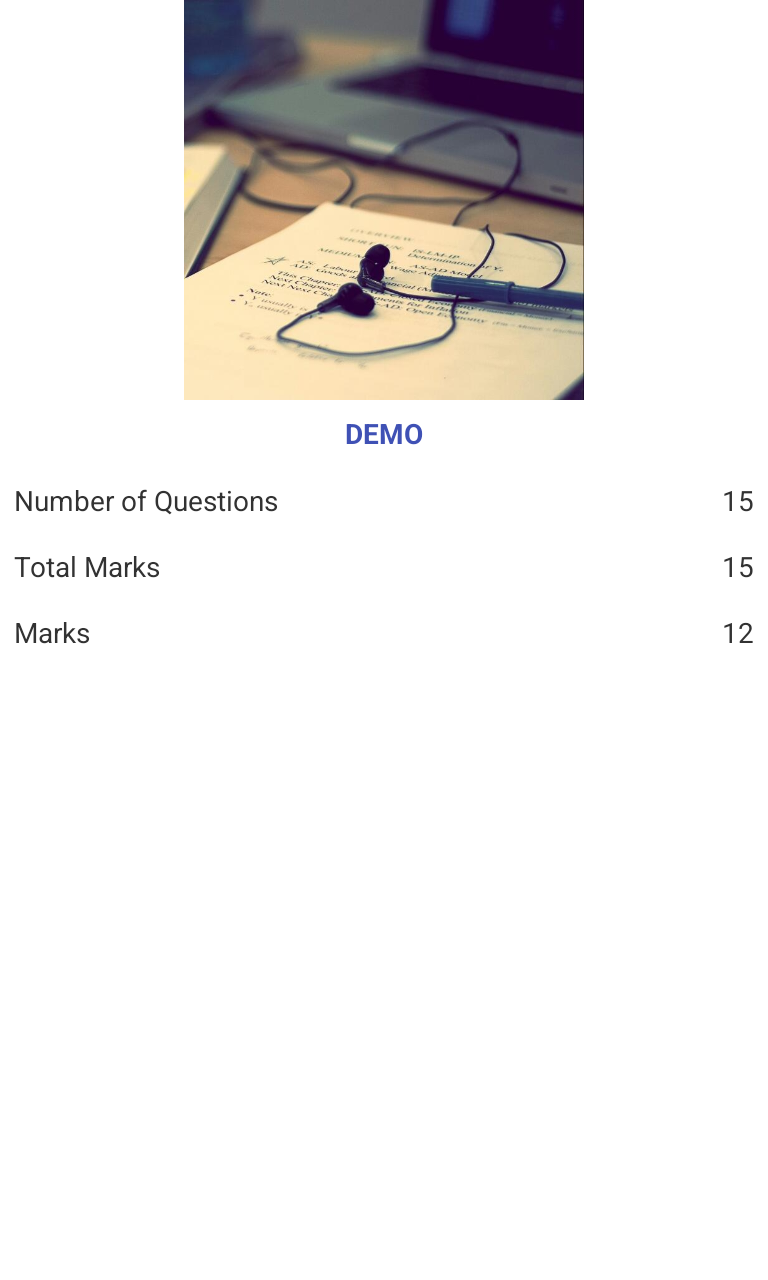
Repository: Harshil737/Career-Launcher
Layout: CareerLauncher/res/layout/item_start_quiz.xml
An editor plug-in stored every save of this project. The layout is shown before and after the next save, followed by the edit.
It is drawn on a 768 x 1280 px phone screen (xhdpi) without system bars, with theme AppTheme; the app's code is not run.

Above is the layout before, as saved 2017-11-04 12:36:04.

After the next save:
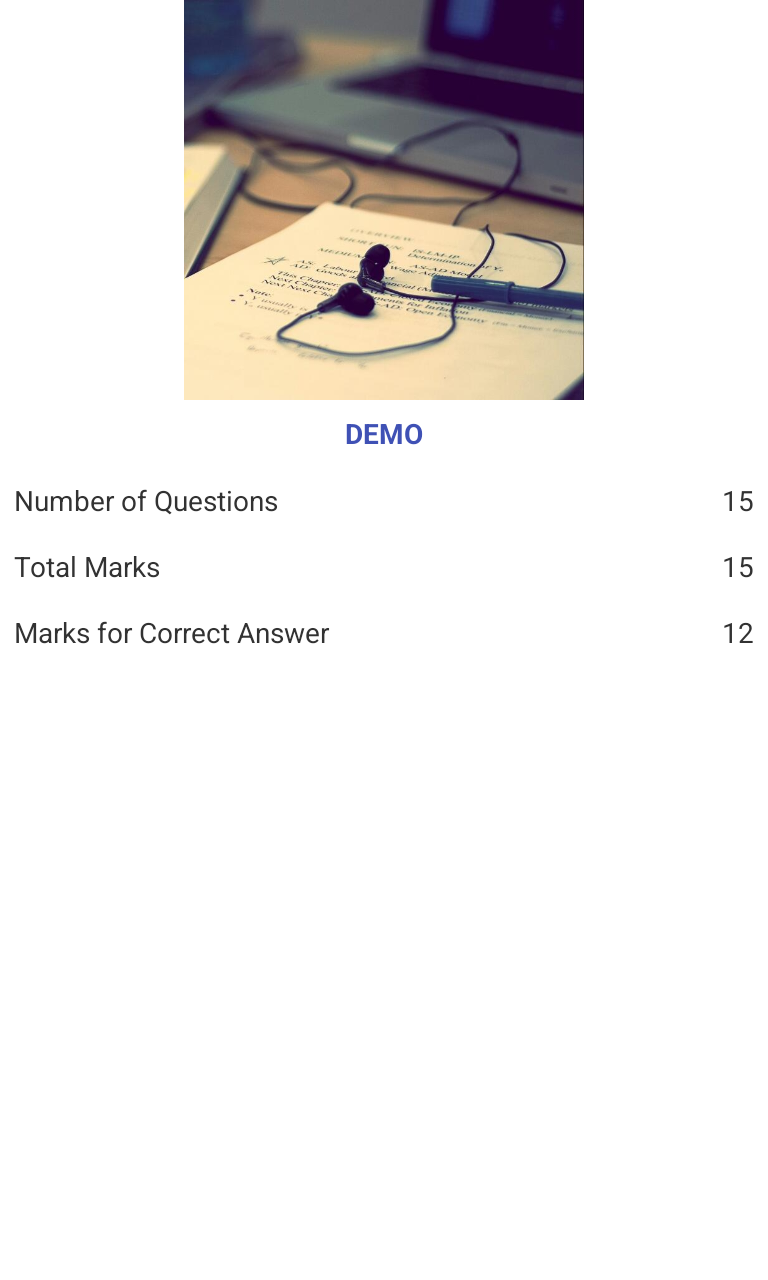
Saved 15 s later.
--- a/CareerLauncher/res/layout/item_start_quiz.xml
+++ b/CareerLauncher/res/layout/item_start_quiz.xml
@@ -79,7 +79,7 @@
                 android:layout_width="0dp"
                 android:layout_height="wrap_content"
                 android:layout_weight="1"
-                android:text="Marks" />
+                android:text="Marks for Correct Answer" />
 
             <TextView
                 android:layout_width="0dp"
